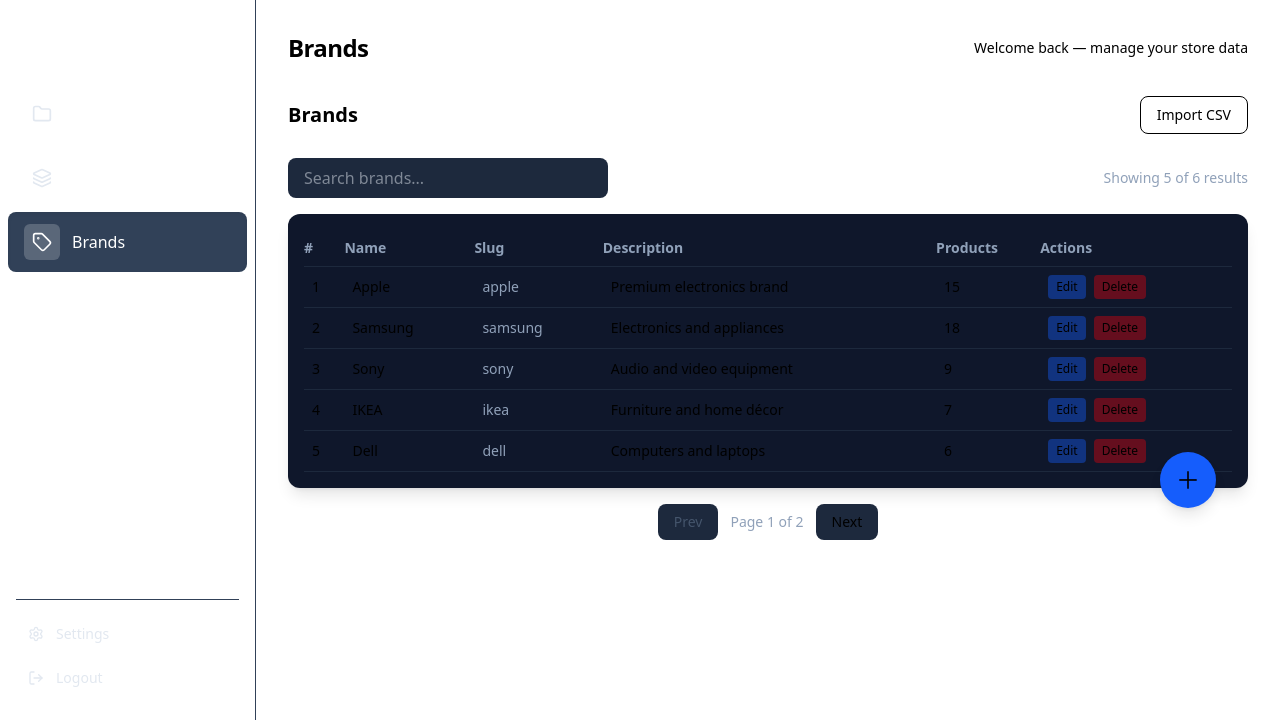
Repository: Ndegwa2/MulistorePOS
Page: /, after clicking the first element matching `nav.mt-4 > :nth-child(3)`
The author's editor kept a copy of each file at every save. The page is drawn from the files as they stood at one save, then again after the next save.
The browser window is 1280 px wide. The pictures show the whole page.
The project was rebuilt for these pictures with package versions that can differ from the ones it lists, and the page was loaded fresh each time. Also part of the build but not shown: vite.config.js, Frontend/EditModal.jsx, Frontend/DeleteConfirm.jsx, Frontend/subcategory.jsx.

Above is the page before, as saved 2025-10-03 10:19:27.

### index.html
<!DOCTYPE html>
<html lang="en">
  <head>
    <meta charset="UTF-8" />
    <link rel="icon" type="image/svg+xml" href="/vite.svg" />
    <meta name="viewport" content="width=device-width, initial-scale=1.0" />
    <title>Multistore POS</title>
  </head>
  <body class="bg-secondary text-text">
    <div id="root"></div>
    <script type="module" src="/Frontend/main.jsx"></script>
  </body>
</html>

### Frontend/main.jsx
import React from 'react'
import ReactDOM from 'react-dom/client'
import './index.css'
import Dashboard from './dashboaord'

ReactDOM.createRoot(document.getElementById('root')).render(
  <React.StrictMode>
    <Dashboard />
  </React.StrictMode>,
)

### Frontend/dashboaord.jsx
import React, { useState } from "react";
import { Folder, Layers, Tag, Settings, LogOut } from "lucide-react";

// Assume these exist in your project
import CategoryPanel from "./categoryPanel";
import SubCategoryPanel from "./subcategory";
import BrandPanel from "./brand";

const NAV = [
  { key: "categories", label: "Categories", icon: Folder },
  { key: "subcategories", label: "Subcategories", icon: Layers },
  { key: "brands", label: "Brands", icon: Tag },
];

export default function Dashboard() {
  const [active, setActive] = useState("categories");

  // small helper for rendering the active panel
  function renderPanel() {
    if (active === "categories") return <CategoryPanel />;
    if (active === "subcategories") return <SubCategoryPanel />;
    return <BrandPanel />;
  }

  return (
    <div className="min-h-screen bg-secondary text-text flex">
      {/* Sidebar */}
      <aside
        className="w-64 fixed left-0 top-0 h-screen bg-primary text-white border-r border-slate-700
                   flex flex-col justify-between"
        aria-label="Sidebar"
      >
        <div>
          {/* Logo / Title */}
          <div className="px-6 py-6">
            <div className="text-sm font-semibold">Multistore POS</div>
          </div>

          {/* Nav */}
          <nav className="mt-4 px-2" aria-label="Main navigation">
            {NAV.map((n) => {
              const Icon = n.icon;
              const isActive = active === n.key;
              return (
                <button
                  key={n.key}
                  onClick={() => setActive(n.key)}
                  className={`group w-full flex items-center gap-3 px-4 py-3 my-1 rounded-lg text-left
                              transition-colors duration-150
                              ${isActive ? "bg-slate-700 text-white shadow-inner" : "hover:bg-slate-700"}`}
                  aria-current={isActive ? "page" : undefined}
                >
                  <div className={`p-2 rounded-md ${isActive ? "bg-white/20" : "bg-transparent"}`}>
                    <Icon className={`w-5 h-5 ${isActive ? "text-white" : "text-slate-200"} transition-colors`} />
                  </div>
                  <span className="flex-1">{n.label}</span>
                  {/* subtle chevron or count placeholder (optional) */}
                </button>
              );
            })}
          </nav>
        </div>

        {/* bottom area */}
        <div className="px-4 pb-6">
          <div className="border-t border-slate-700 pt-4 flex flex-col gap-2">
            <button className="flex items-center gap-3 px-3 py-2 rounded-lg hover:bg-slate-700 transition-colors">
              <Settings className="w-4 h-4 text-slate-200" />
              <span className="text-sm text-slate-200">Settings</span>
            </button>
            <button className="flex items-center gap-3 px-3 py-2 rounded-lg hover:bg-slate-700 transition-colors">
              <LogOut className="w-4 h-4 text-slate-200" />
              <span className="text-sm text-slate-200">Logout</span>
            </button>
          </div>
        </div>
      </aside>

      {/* Main content */}
      <main className="flex-1 ml-64 bg-secondary min-h-screen text-text p-8">
        {/* Top header (shows active panel name) */}
        <header className="mb-6">
          <div className="flex items-center justify-between">
            <h2 className="text-2xl font-semibold tracking-tight">
              {NAV.find((n) => n.key === active)?.label}
            </h2>
            <div className="text-sm text-text">Welcome back — manage your store data</div>
          </div>
        </header>

        {/* Content area with simple fade/slide animation */}
        <section
          key={active} /* remounts on active change to trigger transition */
          className="transition duration-300 ease-out transform opacity-0 translate-y-2 animate-fade-in"
          style={{ animationFillMode: "forwards", animationDuration: "220ms" }}
        >
          <div className="bg-transparent">
            {renderPanel()}
          </div>
        </section>
      </main>

      {/* small global styles for the fade-in animation (Tailwind can't define keyframes inline) */}
      <style>{`
        @keyframes fadeIn {
          from { opacity: 0; transform: translateY(6px); }
          to { opacity: 1; transform: translateY(0); }
        }
        .animate-fade-in {
          animation-name: fadeIn;
        }
      `}</style>
    </div>
  );
}

### Frontend/brand.jsx
import React, { useState } from "react";
import EditModal from "./EditModal";
import DeleteConfirm from "./DeleteConfirm";

export default function BrandPanel() {
  const [brands, setBrands] = useState([
    { id: 1, name: "Apple", slug: "apple", description: "Premium electronics brand", count: 15 },
    { id: 2, name: "Samsung", slug: "samsung", description: "Electronics and appliances", count: 18 },
    { id: 3, name: "Sony", slug: "sony", description: "Audio and video equipment", count: 9 },
    { id: 4, name: "IKEA", slug: "ikea", description: "Furniture and home décor", count: 7 },
    { id: 5, name: "Dell", slug: "dell", description: "Computers and laptops", count: 6 },
    { id: 6, name: "LG", slug: "lg", description: "Appliances and electronics", count: 11 },
  ]);

  const [showModal, setShowModal] = useState(false);
  const [newBrand, setNewBrand] = useState({ name: "", slug: "", description: "" });
  const [searchTerm, setSearchTerm] = useState("");
  const [currentPage, setCurrentPage] = useState(1);
  const itemsPerPage = 5;

  const [showEditModal, setShowEditModal] = useState(false);
  const [editingItem, setEditingItem] = useState(null);
  const [showDeleteConfirm, setShowDeleteConfirm] = useState(false);
  const [deletingItem, setDeletingItem] = useState(null);

  const filtered = brands.filter(
    (b) =>
      b.name.toLowerCase().includes(searchTerm.toLowerCase()) ||
      b.slug.toLowerCase().includes(searchTerm.toLowerCase())
  );
  const totalPages = Math.ceil(filtered.length / itemsPerPage);
  const paginated = filtered.slice((currentPage - 1) * itemsPerPage, currentPage * itemsPerPage);

  const handleAdd = () => setShowModal(true);

  const handleSave = () => {
    if (newBrand.name.trim() === "") return;
    setBrands([...brands, { ...newBrand, id: Date.now(), count: 0 }]);
    setNewBrand({ name: "", slug: "", description: "" });
    setShowModal(false);
  };

  const handleSearch = (e) => {
    setSearchTerm(e.target.value);
    setCurrentPage(1);
  };

  const handleEdit = (item) => {
    setEditingItem(item);
    setShowEditModal(true);
  };

  const handleEditSave = (updated) => {
    setBrands(brands.map(b => b.id === updated.id ? updated : b));
    setShowEditModal(false);
  };

  const handleDelete = (item) => {
    setDeletingItem(item);
    setShowDeleteConfirm(true);
  };

  const handleDeleteConfirm = () => {
    setBrands(brands.filter(b => b.id !== deletingItem.id));
    setShowDeleteConfirm(false);
  };

  return (
    <div className="text-text font-sans">
      {/* Header */}
      <div className="flex flex-col sm:flex-row justify-between sm:items-center mb-6 gap-3">
        <h2 className="text-xl font-semibold">Brands</h2>
        <div className="flex gap-3">
          <button
            className="bg-primary text-white px-4 py-2 rounded-lg hover:bg-slate-700 text-sm"
            onClick={handleAdd}
          >
            + New Brand
          </button>
          <button className="border border-primary text-primary px-4 py-2 rounded-lg hover:bg-slate-100 text-sm">
            Import CSV
          </button>
        </div>
      </div>

      {/* Search */}
      <div className="mb-4 flex justify-between items-center flex-wrap gap-3">
        <input
          type="text"
          placeholder="Search brands..."
          value={searchTerm}
          onChange={handleSearch}
          className="w-full sm:w-1/3 bg-slate-800 text-slate-200 px-4 py-2 rounded-lg focus:ring-2 focus:ring-blue-600 outline-none"
        />
        <span className="text-sm text-slate-400">
          Showing {paginated.length} of {filtered.length} results
        </span>
      </div>

      {/* Table */}
      <div className="bg-slate-900 rounded-xl p-4 shadow-lg overflow-x-auto">
        <table className="w-full text-sm">
          <thead>
            <tr className="text-slate-400 border-b border-slate-800">
              <th className="py-2 text-left">#</th>
              <th className="py-2 text-left">Name</th>
              <th className="py-2 text-left">Slug</th>
              <th className="py-2 text-left">Description</th>
              <th className="py-2 text-left">Products</th>
              <th className="py-2 text-left">Actions</th>
            </tr>
          </thead>
          <tbody>
            {paginated.map((brand, idx) => (
              <tr key={brand.id} className="border-b border-slate-800 hover:bg-slate-800/50">
                <td className="py-2 px-2">{(currentPage - 1) * itemsPerPage + idx + 1}</td>
                <td className="py-2 px-2 font-medium">{brand.name}</td>
                <td className="py-2 px-2 text-slate-400">{brand.slug}</td>
                <td className="py-2 px-2 truncate max-w-xs">{brand.description}</td>
                <td className="py-2 px-2">{brand.count}</td>
                <td className="py-2 px-2 flex gap-2">
                  <button
                    onClick={() => handleEdit(brand)}
                    className="px-2 py-1 bg-blue-600/40 rounded hover:bg-blue-600/60 text-xs"
                  >
                    Edit
                  </button>
                  <button
                    onClick={() => handleDelete(brand)}
                    className="px-2 py-1 bg-red-600/40 rounded hover:bg-red-600/60 text-xs"
                  >
                    Delete
                  </button>
                </td>
              </tr>
            ))}
          </tbody>
        </table>
      </div>

      {/* Pagination */}
      <div className="flex justify-center gap-3 mt-4">
        <button
          disabled={currentPage === 1}
          onClick={() => setCurrentPage(currentPage - 1)}
          className={`px-4 py-2 rounded-lg text-sm ${
            currentPage === 1 ? "bg-slate-800 text-slate-600" : "bg-slate-800 hover:bg-slate-700"
          }`}
        >
          Prev
        </button>
        <span className="text-slate-400 text-sm self-center">
          Page {currentPage} of {totalPages}
        </span>
        <button
          disabled={currentPage === totalPages}
          onClick={() => setCurrentPage(currentPage + 1)}
          className={`px-4 py-2 rounded-lg text-sm ${
            currentPage === totalPages
              ? "bg-slate-800 text-slate-600"
              : "bg-slate-800 hover:bg-slate-700"
          }`}
        >
          Next
        </button>
      </div>

      {/* Floating Add Button */}
      <button
        onClick={handleAdd}
        className="fixed bottom-8 right-8 bg-blue-600 hover:bg-blue-700 w-14 h-14 flex items-center justify-center rounded-full shadow-lg"
      >
        <span className="text-2xl">＋</span>
      </button>

      {/* Modal */}
      {showModal && (
        <div className="fixed inset-0 bg-black/50 flex items-center justify-center z-50">
          <div className="bg-slate-900 p-6 rounded-xl w-full max-w-md shadow-2xl border border-slate-800">
            <h2 className="text-lg font-semibold mb-4">Add New Brand</h2>

            <div className="space-y-4">
              <div>
                <label className="text-sm text-slate-400">Name</label>
                <input
                  type="text"
                  value={newBrand.name}
                  onChange={(e) => setNewBrand({ ...newBrand, name: e.target.value })}
                  className="w-full mt-1 bg-slate-800 rounded-lg px-3 py-2 outline-none focus:ring-2 focus:ring-blue-600"
                />
              </div>
              <div>
                <label className="text-sm text-slate-400">Slug</label>
                <input
                  type="text"
                  value={newBrand.slug}
                  onChange={(e) => setNewBrand({ ...newBrand, slug: e.target.value })}
                  className="w-full mt-1 bg-slate-800 rounded-lg px-3 py-2 outline-none focus:ring-2 focus:ring-blue-600"
                />
              </div>
              <div>
                <label className="text-sm text-slate-400">Description</label>
                <textarea
                  rows="3"
                  value={newBrand.description}
                  onChange={(e) => setNewBrand({ ...newBrand, description: e.target.value })}
                  className="w-full mt-1 bg-slate-800 rounded-lg px-3 py-2 outline-none focus:ring-2 focus:ring-blue-600"
                ></textarea>
              </div>
            </div>

            <div className="flex justify-end gap-3 mt-6">
              <button
                onClick={() => setShowModal(false)}
                className="px-4 py-2 bg-slate-800 hover:bg-slate-700 rounded-lg"
              >
                Cancel
              </button>
              <button
                onClick={handleSave}
                className="px-4 py-2 bg-blue-600 hover:bg-blue-700 rounded-lg"
              >
                Save
              </button>
            </div>
          </div>
        </div>
      )}

      <EditModal
        isOpen={showEditModal}
        onClose={() => setShowEditModal(false)}
        onSave={handleEditSave}
        initialData={editingItem}
        fields={[
          { name: 'name', label: 'Name', type: 'text' },
          { name: 'slug', label: 'Slug', type: 'text' },
          { name: 'description', label: 'Description', type: 'textarea' }
        ]}
      />

      <DeleteConfirm
        isOpen={showDeleteConfirm}
        onClose={() => setShowDeleteConfirm(false)}
        onConfirm={handleDeleteConfirm}
        itemName={deletingItem?.name}
      />
    </div>
  );
}

Loaded but not shown: Frontend/index.css (common file); Frontend/categoryPanel.jsx (273 lines, source omitted)

After the next save:
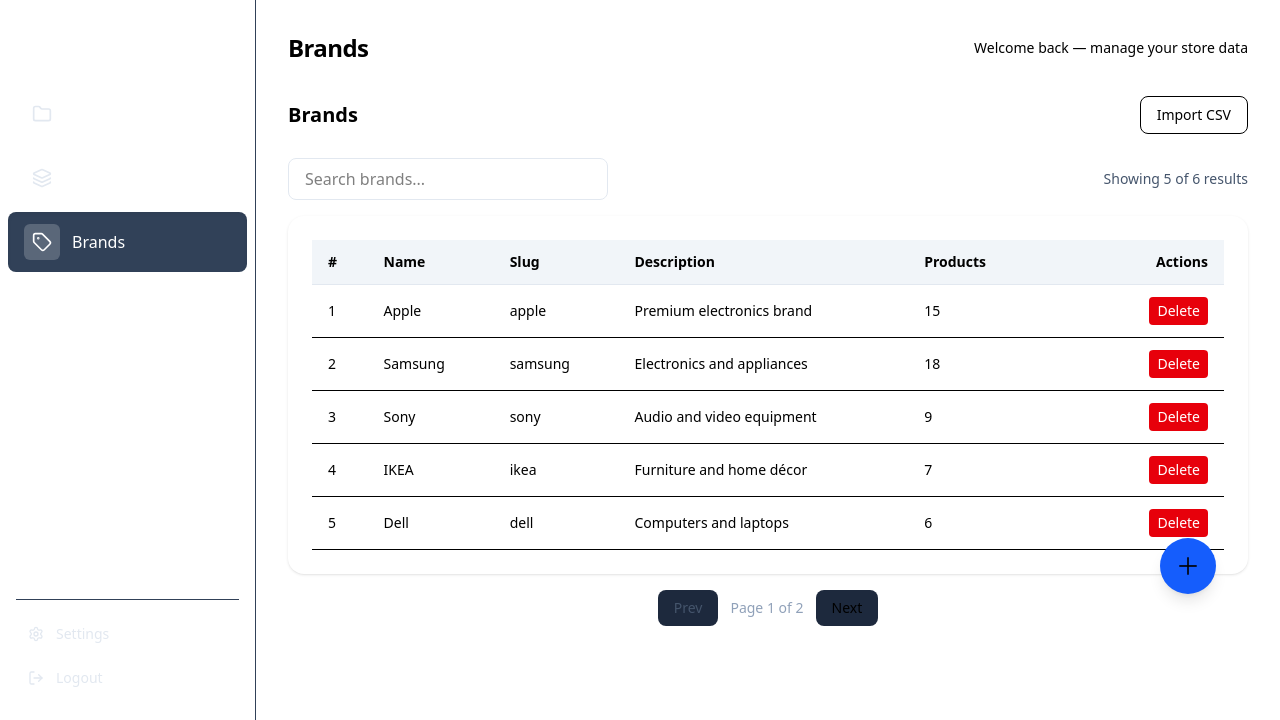
Saved 14 s later.
--- a/Frontend/brand.jsx
+++ b/Frontend/brand.jsx
@@ -90,44 +90,44 @@ export default function BrandPanel() {
           placeholder="Search brands..."
           value={searchTerm}
           onChange={handleSearch}
-          className="w-full sm:w-1/3 bg-slate-800 text-slate-200 px-4 py-2 rounded-lg focus:ring-2 focus:ring-blue-600 outline-none"
+          className="w-full sm:w-1/3 bg-white text-text px-4 py-2 rounded-lg border border-slate-200 focus:ring-2 focus:ring-primary outline-none"
         />
-        <span className="text-sm text-slate-400">
+        <span className="text-sm text-slate-600">
           Showing {paginated.length} of {filtered.length} results
         </span>
       </div>
 
       {/* Table */}
-      <div className="bg-slate-900 rounded-xl p-4 shadow-lg overflow-x-auto">
-        <table className="w-full text-sm">
-          <thead>
-            <tr className="text-slate-400 border-b border-slate-800">
-              <th className="py-2 text-left">#</th>
-              <th className="py-2 text-left">Name</th>
-              <th className="py-2 text-left">Slug</th>
-              <th className="py-2 text-left">Description</th>
-              <th className="py-2 text-left">Products</th>
-              <th className="py-2 text-left">Actions</th>
+      <div className="bg-white rounded-2xl shadow p-6 overflow-x-auto">
+        <table className="w-full text-left border-collapse text-sm">
+          <thead className="bg-slate-100 border-b border-slate-200">
+            <tr>
+              <th className="py-3 px-4">#</th>
+              <th className="py-3 px-4">Name</th>
+              <th className="py-3 px-4">Slug</th>
+              <th className="py-3 px-4">Description</th>
+              <th className="py-3 px-4">Products</th>
+              <th className="py-3 px-4 text-right">Actions</th>
             </tr>
           </thead>
           <tbody>
             {paginated.map((brand, idx) => (
-              <tr key={brand.id} className="border-b border-slate-800 hover:bg-slate-800/50">
-                <td className="py-2 px-2">{(currentPage - 1) * itemsPerPage + idx + 1}</td>
-                <td className="py-2 px-2 font-medium">{brand.name}</td>
-                <td className="py-2 px-2 text-slate-400">{brand.slug}</td>
-                <td className="py-2 px-2 truncate max-w-xs">{brand.description}</td>
-                <td className="py-2 px-2">{brand.count}</td>
-                <td className="py-2 px-2 flex gap-2">
+              <tr key={brand.id} className="border-b hover:bg-slate-50">
+                <td className="py-3 px-4">{(currentPage - 1) * itemsPerPage + idx + 1}</td>
+                <td className="py-3 px-4">{brand.name}</td>
+                <td className="py-3 px-4">{brand.slug}</td>
+                <td className="py-3 px-4 truncate max-w-xs">{brand.description}</td>
+                <td className="py-3 px-4">{brand.count}</td>
+                <td className="py-3 px-4 text-right space-x-2">
                   <button
                     onClick={() => handleEdit(brand)}
-                    className="px-2 py-1 bg-blue-600/40 rounded hover:bg-blue-600/60 text-xs"
+                    className="bg-primary text-white px-2 py-1 rounded hover:bg-slate-700"
                   >
                     Edit
                   </button>
                   <button
                     onClick={() => handleDelete(brand)}
-                    className="px-2 py-1 bg-red-600/40 rounded hover:bg-red-600/60 text-xs"
+                    className="bg-red-600 text-white px-2 py-1 rounded hover:bg-red-700"
                   >
                     Delete
                   </button>
